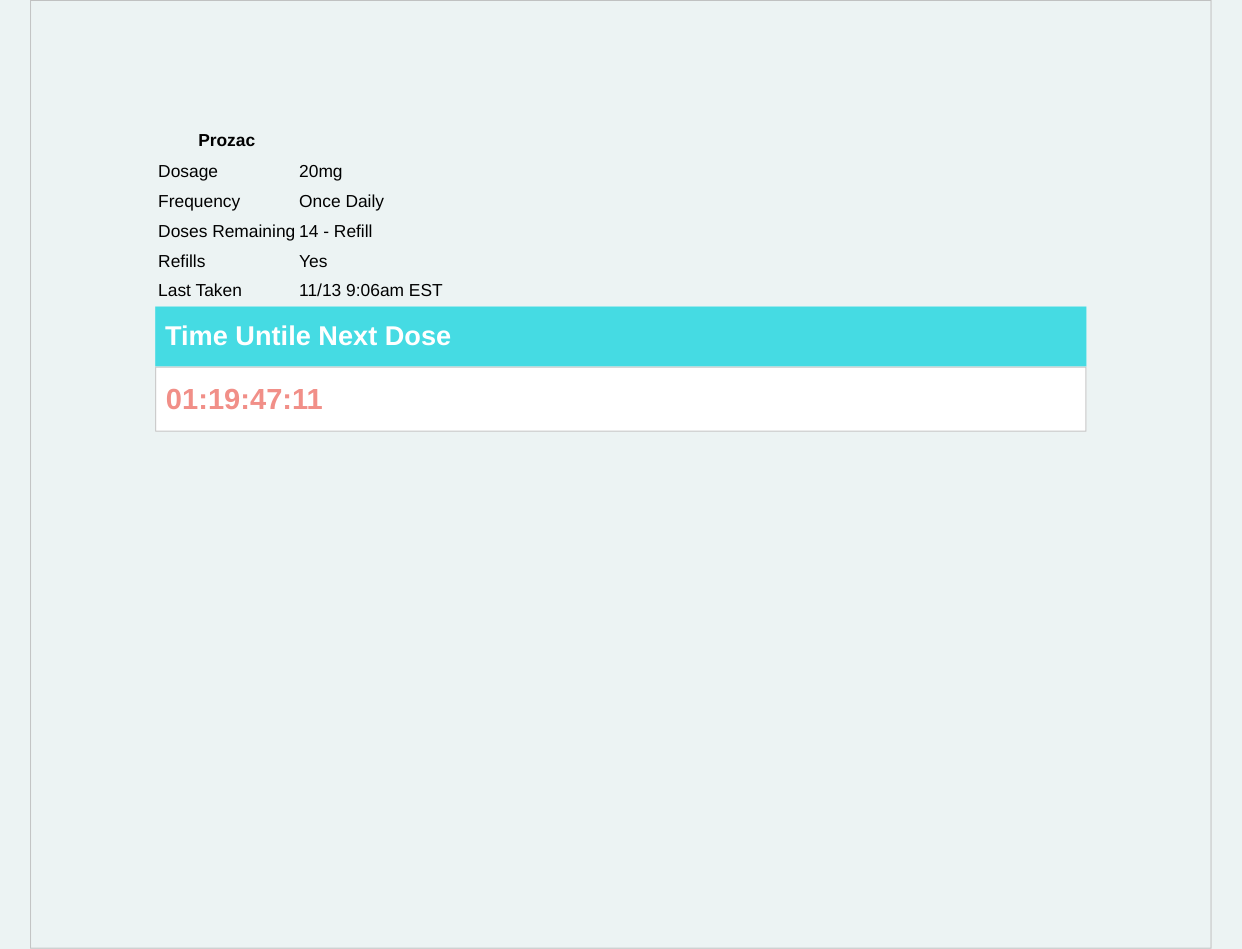
Repository: TheRobotCarlson/MedCheck
Page: workspace/ProzacDoc.html
The author's editor kept a record of every edit. The page is drawn from the files as they stood at one moment, then again after the next edit.
The browser window is 1280 px wide. The pictures show the whole page, at 97% of full size.
Some web libraries are served in a nearby version.

Above is the page before.

### workspace/ProzacDoc.html
<!DOCTYPE html>



<html>



<head>
	<meta charset="utf-8" />
	<title>Table Style</title>
	<meta name="viewport" content="initial-scale=1.0; maximum-scale=1.0; width=device-width;">
	<link rel="stylesheet" href="medcheck.css">
	<script src="https://ajax.googleapis.com/ajax/libs/jquery/3.1.1/jquery.min.js"></script>
  <script type="text/javascript" src="medcheck.js"></script>
</head>
<body>
<div class="table-title">
</div>
<table class="table-fill">
<thead>
<tr>
<th class="text-left">Prozac</th>
<th class="text-left"></th>
</tr>
</thead>
<tbody class="table-hover">
<tr>
<td class="text-left">Dosage</td>
<td class="text-left">20mg</td>
</tr>
<tr>
<td class="text-left">Frequency</td>
<td class="text-left">Once Daily</td>
</tr>
<tr>
<td class="text-left">Doses Remaining</td>
<td class="text-left">14 - Refill</td>
</tr>
<tr>
<td class="text-left">Refills</td>
<td class="text-left">Yes</td>
</tr>
<tr>
<td class="text-left">Last Taken</td>
<td class="text-left">11/13 9:06am EST</td>
</tr>
</tbody>
</table>


  </body>
  <div class="container">
  <div class="row">
    <div class="col-md-6 col-md-push-3">
      <div class="timer-container text-center">
        <div class="counter-title">
          <h2><i class="glyphicon glyphicon-time clock"></i> Time Untile Next Dose
              </h2>
        </div>
        <div class="clock-container">
          <span id="timer" class="timer"></span>
        </div>
      </div>
    </div>
  </div>
</div>

</html>

### workspace/medcheck.css
.tabs {
  display: flex;
  flex-wrap: wrap; // make sure it wraps
}
.tabs label {
  order: 1; // Put the labels first
  display: block;
  padding: 1rem 2rem;
  margin-right: 0.2rem;
  cursor: pointer;
  background: #90CAF9;

  font-weight: bold;
  transition: background ease 0.2s;
  border: 1px solid #C0C0C0;
}
.tabs .tab {
  order: 99; // Put the tabs last
  flex-grow: 1;
  width: 100%;
  display: none;
  padding: 1rem;
  background: #fff;
  border: 1px solid #C0C0C0;
}
.tabs input[type="radio"] {
  position: absolute;
  opacity: 0;
  border: 1px solid #45DBE3;
}
.tabs input[type="radio"]:checked + label {
  background: #fff;
  border: 1px solid #C0C0C0;
}
.tabs input[type="radio"]:checked + label + .tab {
  display: block;
  border: 1px solid #C0C0C0;
}

@media (max-width: 45em) {
  .tabs .tab,
  .tabs label {
    order: initial;
    border: 1px solid #C0C0C0 ;

  }
  .tabs label {
    width: 100%;
    margin-right: 0;
    margin-top: 0.2rem;
    border: 1px solid #C0C0C0 ;

  }
}

/**
 * Generic Styling
*/
body {
   background: linear-gradient(45deg, #1870ed 0, #f18f88 100%);
  padding: 10vw;
  font-family: "HelveticaNeue-Light", "Helvetica Neue Light", "Helvetica Neue", Helvetica, Arial, "Lucida Grande", sans-serif;
  min-height: 100vh;
  font-weight: 300;
  line-height: 1.5;
  max-width: 60rem;
  margin: 0 auto;
  font-size: 112%;
  border: 1px solid #C0C0C0;

}

.timer-container {
  margin-top: 0px;
}

.counter-title h2 {
  background: #45DBE3;
  color: #fff;
  font-size: 28px;
  font-weight: 600;
  margin: 0;
  padding: 10px;
}

.clock-container {
  background: #fff;
  border: 1px solid #C0C0C0;
  color: #f18f88; /*Countdown numbers */
  font-size: 30px;
  font-weight: 600;
  padding: 10px;
  min-height: 45px;
  min-width: 590px;
}

.clock {
  float: left;
}


.link {
  text-decoration: none;
  color: #55acee;
  border-bottom: 2px dotted #55acee;
  transition: .3s;
  -webkit-transition: .3s;
  -moz-transition: .3s;
  -o-transition: .3s;
  cursor: url(http://cur.cursors-4u.net/symbols/sym-1/sym46.cur), auto;
}

.link:hover {
  color: #2ecc71;
  border-bottom: 2px dotted #2ecc71;
}

/* button div */
#buttons {
  padding-top: 0px;
  text-align: center;
}

/* start da css for da buttons */
.btn {
  border-radius: 5px;
  padding: 10px 150px;
  font-size: 22px;
  text-decoration: none;
  margin: 10px;
  color: #fff;
  position: relative;
  display: inline-block;
  width:200px;
}

.btn:active {
  transform: translate(0px, 5px);
  -webkit-transform: translate(0px, 5px);
  box-shadow: 0px 1px 0px 0px;
}

.blue {
  background-color: #55acee;
  box-shadow: 0px 5px 0px 0px #3C93D5;
}

.blue:hover {
  background-color: #6FC6FF;
}

.green {
  background-color: #2ecc71;
  box-shadow: 0px 5px 0px 0px #15B358;
}

.green:hover {
  background-color: #48E68B;
}

.red {
  background-color: #e74c3c;
  box-shadow: 0px 5px 0px 0px #CE3323;
}

.red:hover {
  background-color: #FF6656;
}

.purple {
  background-color: #9b59b6;
  box-shadow: 0px 5px 0px 0px #82409D;
}

.purple:hover {
  background-color: #B573D0;
}

.orange {
  background-color: #e67e22;
  box-shadow: 0px 5px 0px 0px #CD6509;
}

.orange:hover {
  background-color: #FF983C;
}

.yellow {
  background-color: #f1c40f;
  box-shadow: 0px 5px 0px 0px #D8AB00;
}

.yellow:hover {
  background-color: #FFDE29;
}



html, body { width: 100%; height: 100%; background: #ECF3F3 }

form
{
  display: block;
  margin: 100px auto;
  width: 950px;
  overflow: hidden;
  background: #FFF;
  border: 1px solid #E4E4E4;
  border-radius: 5px;
  font-size: 0;
}

form > div
{
  display: inline-block;
  width: 100%;
}

form > div > label
{
  display: block;
  padding: 20px 20px 10px;
  vertical-align: top;
  font-family: Source Sans Pro, Arial, sans-serif;
  font-size: 14px;
  font-weight: 600;
  text-transform: uppercase;
  color: #939393;
  cursor: pointer;
}

form > div.col-2, form > div.col-3, form > div.col-4 { box-shadow: 1px 1px #E4E4E4 }

form > div.col-2 { width: 50% }
form > div.col-3 { width: 33.3333333333% }
form > div.col-4 { width: 25% }

form > div > label > input
{
  display: inline-block;
  position: relative;
  width: 100%;
  height: 27px;
  line-height: 27px;
  margin: 5px -5px 0;
  padding: 7px 5px 3px;
  border: none;
  outline: none;
  border-radius: 3px;
  font-size: 14px;
  font-weight: 200;
  opacity: .66;
  transition: opacity .3s, box-shadow .3s;
}

form > div > label > select
{
  display: block;
  width: 100%;
  margin: 16px 0 6px;
  padding: 0;
  border: none;
  outline: none;
  font-size: 14px;
  font-weight: 200;
  opacity: .33;
}

form > div > label > input:focus, form > div > label > select:focus
{
  opacity: 1;
  box-shadow: 0 3px 4px rgba(0, 0, 0, .15);
}

### workspace/medcheck.js
window.setInterval(countDown, 1000);

function countDown() {
  var now = new Date();
  var future = new Date("11/14/2016 09:00:00");
  var timeLeft = future - now;
  var milli = timeLeft;

  var seconds = milli / 1000;
  var minutes = seconds / 60;
  var hours = minutes / 60;
  var days = hours / 24;
  var spareSeconds = seconds % 60;
  var spareMinutes = minutes % 60;
  var spareHours = hours % 24;
  var spareDays = days % 365;

  minutes = parseInt(minutes);
  hours = parseInt(hours);
  days = parseInt(days);
  spareSeconds = parseInt(spareSeconds);
  spareMinutes = parseInt(spareMinutes);
  spareHours = parseInt(spareHours);
  spareDays = parseInt(spareDays);

  days = padNumber(days);
  hours = padNumber(hours);
  minutes = padNumber(minutes);
  spareSeconds = padNumber(spareSeconds);
  spareMinutes = padNumber(spareMinutes);
  spareHours = padNumber(spareHours);
  spareDays = padNumber(spareDays);

  timeLeft = spareDays + ":" + spareHours + ":" + spareMinutes + ":" + spareSeconds;
  var mySpan = document.getElementById("timer");
  mySpan.innerHTML = timeLeft;

  if (milli <= 0) { //Time's run out! If all values go to zero
    mySpan.innerHTML = "00:00:00";
  }
}

function padNumber(number) {
  if (number < 10) {
    number = "0" + number;
  }
  return number;
}

After the next edit:
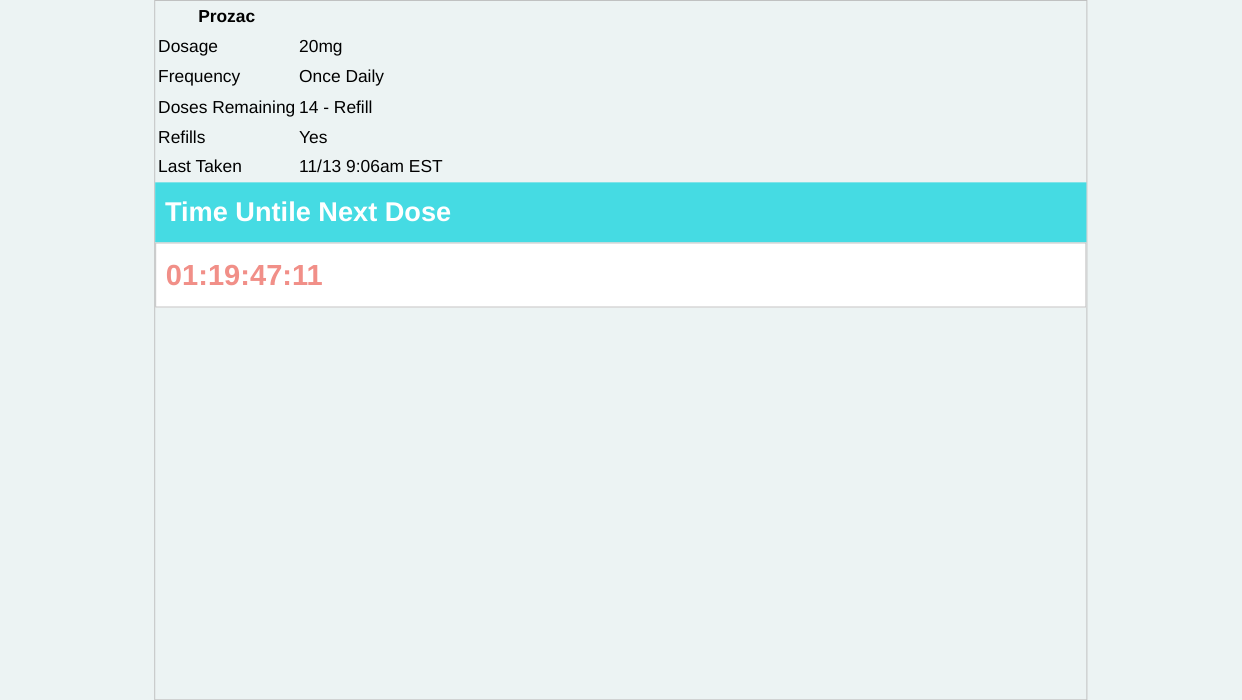
The edit:
--- a/workspace/medcheck.css
+++ b/workspace/medcheck.css
@@ -57,7 +57,8 @@
  * Generic Styling
 */
 body {
-   background: linear-gradient(45deg, #1870ed 0, #f18f88 100%);
+   background: #ECF3F3
+
   padding: 10vw;
   font-family: "HelveticaNeue-Light", "Helvetica Neue Light", "Helvetica Neue", Helvetica, Arial, "Lucida Grande", sans-serif;
   min-height: 100vh;
